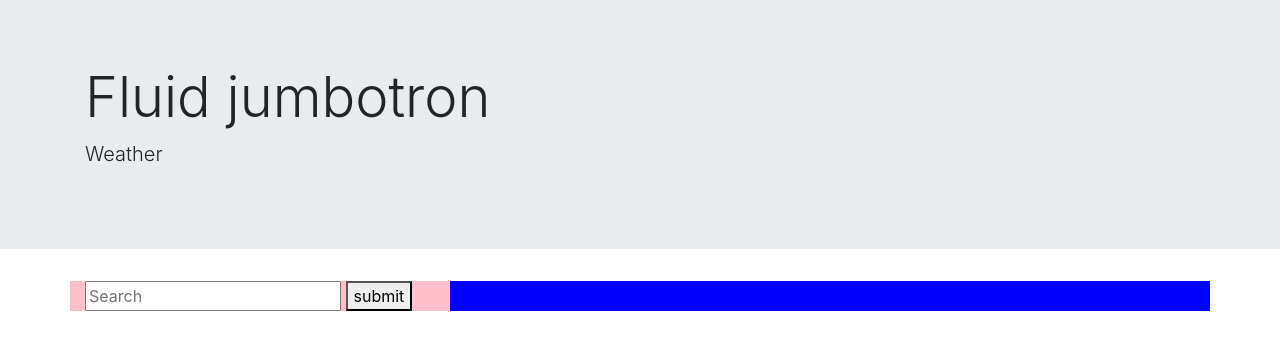
Repository: kkyler24/WeatherBug
Page: index.html
An editor plug-in stored every save of this project. The page is shown before and after the next save, followed by the edit.
The browser window is 1280 px wide. The pictures show the whole page.
Some web libraries are served in a nearby version.

Above is the page before, as saved 2020-04-14 13:24:33.

After the next save:
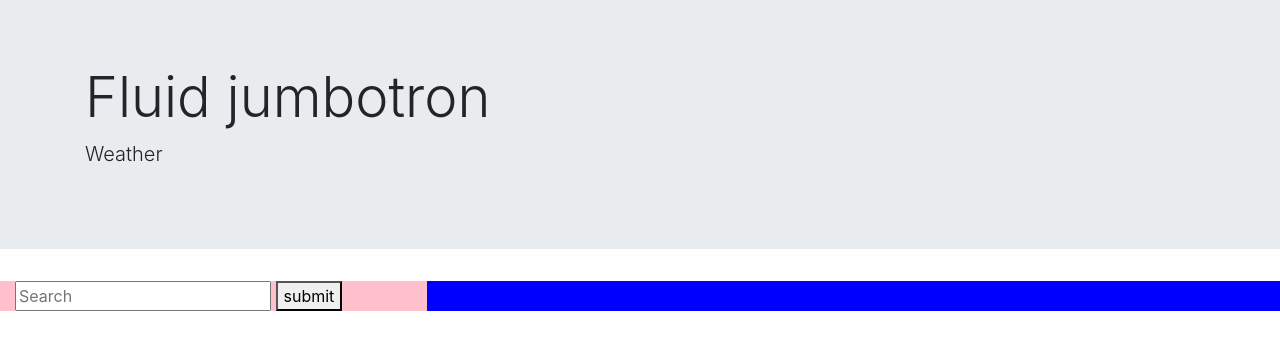
Saved 33 s later.
--- a/index.html
+++ b/index.html
@@ -17,7 +17,7 @@
         </div>
       </div>
    </header>
-   <main class="container">
+   <main class="container-fluid">
 <div class="row">
     <div id="leftCol" class="col-md-4" style="background-color:pink">
         <input type="text" placeholder="Search">
